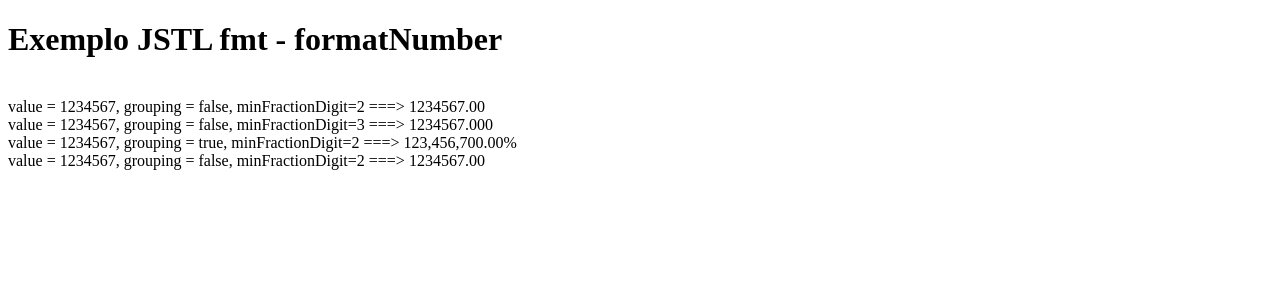
Repository: GabrielGGhost/EstudoJavaAW1-AW2
Page: http://localhost/estudos11/jsp/formatNumber.jsp
These files come from the project's save history. The page is drawn as it stood at one moment and after the next save; the edit follows.
The browser window is 1280 px wide. The pictures show the whole page.
The page is served by Tomcat 9.

Above is the page before, as saved 2020-10-23 21:40:22.

After the next save:
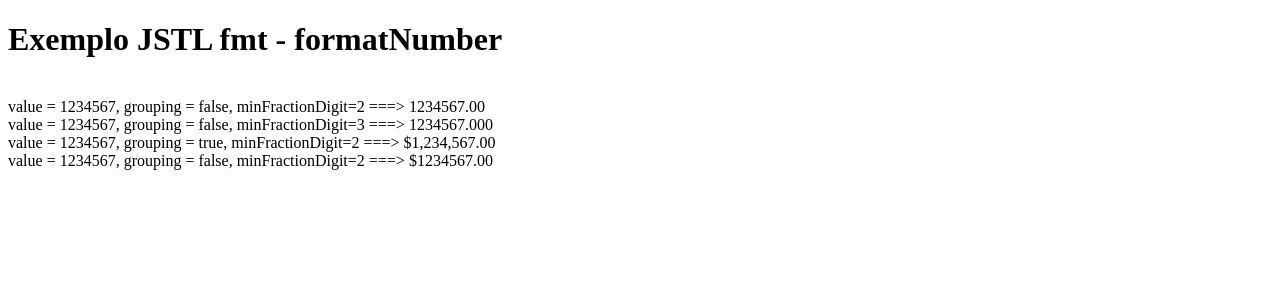
Saved 20 s later.
--- a/estudos11/WebContent/jsp/formatNumber.jsp
+++ b/estudos11/WebContent/jsp/formatNumber.jsp
@@ -21,10 +21,10 @@
 
 		<br>
 	value = 1234567, grouping = true, minFractionDigit=2 ===>
-	<fmt:formatNumber value="1234567" type="percent" groupingUsed="true" minFractionDigits="2"/>
+	<fmt:formatNumber value="1234567" type="currency" groupingUsed="true" minFractionDigits="2"/>
 
 		<br>
 	value = 1234567, grouping = false, minFractionDigit=2 ===>
-	<fmt:formatNumber value="1234567" groupingUsed="false" minFractionDigits="2"/>
+	<fmt:formatNumber value="1234567" type="currency" groupingUsed="false" minFractionDigits="2"/>
 </body>
 </html>
